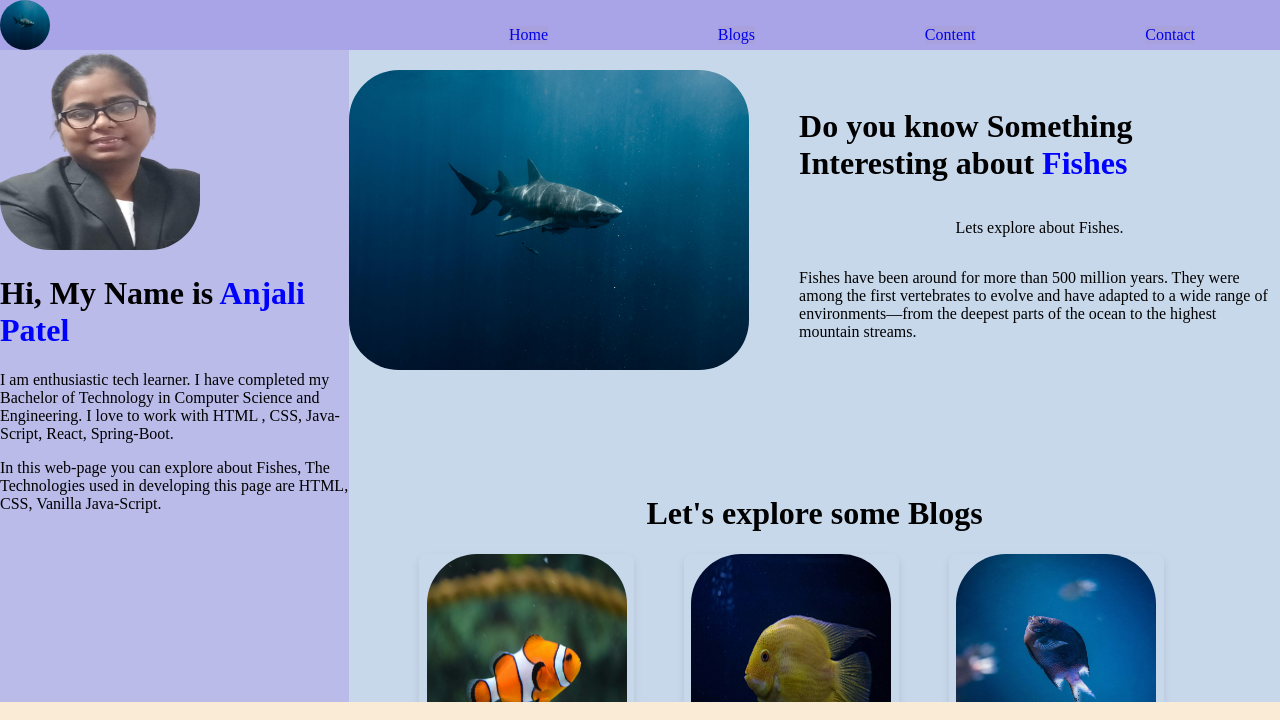
Repository: purnimapatel/fish-world
Page: index.html
These files come from the project's save history. The page is drawn as it stood at one moment and after the next save; the edit follows.
The browser window is 1280 px wide. The pictures show the whole page.
An inner scrolling area shows only its first screen.

Above is the page before, as saved 2024-08-25 17:24:37.

After the next save:
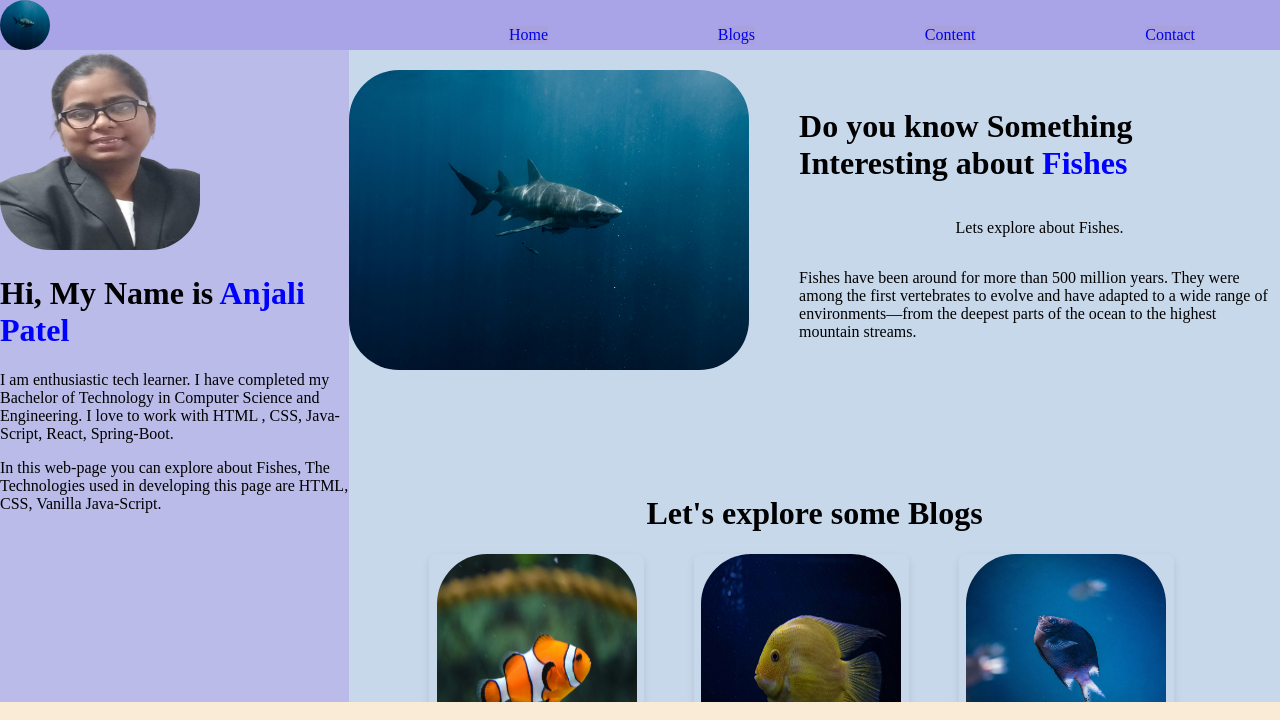
Saved 11 s later.
--- a/style.css
+++ b/style.css
@@ -135,7 +135,7 @@ li{
     width: 80%;
     max-width: 1200px;
     justify-content: space-between;
-    padding-left: 70px;
+    padding-left: 80px;
 }
 #blog-images a{
     width: 100%;
